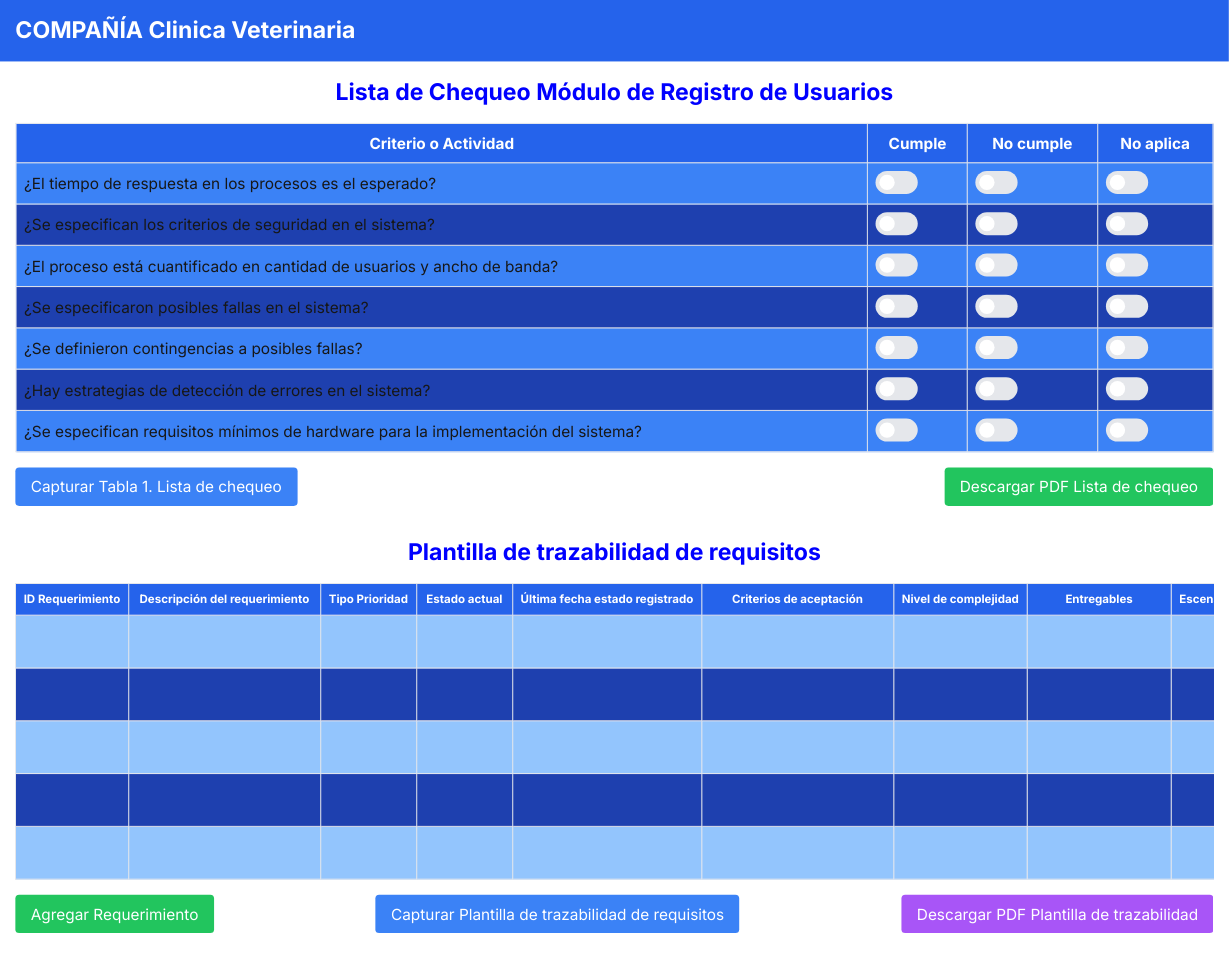
Repository: CiroAlfa/lista-de-Chequeo
Page: /
An editor plug-in stored every save of this project. The page is shown before and after the next save, followed by the edit.
The browser window is 1280 px wide. The pictures show the whole page, at 96% of full size.
The project was rebuilt for these pictures with package versions that can differ from the ones it lists, and the page was loaded fresh each time. The framework's server and built-in components were replaced by stand-ins that run in the browser. Also part of the build but not shown: next.config.mjs.

Above is the page before, as saved 2024-09-27 14:42:46.

### src/app/layout.tsx
import './globals.css'
import type { Metadata } from 'next'
import { Inter } from 'next/font/google'

const inter = Inter({ subsets: ['latin'] })

export const metadata: Metadata = {
  title: 'Checklist App - Clinica Veterinaria',
  description: 'Aplicación de chequeo y trazabilidad de requisitos',
}

export default function RootLayout({
  children,
}: {
  children: React.ReactNode
}) {
  return (
    <html lang="es">
      <body className={inter.className}>
        <header className="bg-blue-600 text-white p-4">
          <h1 className="text-2xl font-bold">COMPAÑÍA Clinica Veterinaria</h1>
        </header>
        {children}
      </body>
    </html>
  )
}

### src/app/page.tsx
'use client'

import { useState, useRef } from 'react'
import { Switch } from '@headlessui/react'
import html2canvas from 'html2canvas'
import jsPDF from 'jspdf'

interface ChecklistItem {
  id: number
  criteria: string
  cumple: boolean
  noCumple: boolean
  noAplica: boolean
}

interface RequirementItem {
  id: string
  description: string
  priority: string
  status: string
  lastUpdated: string
  acceptanceCriteria: string
  complexity: string
  deliverables: string
  testScenarios: string
  stakeholder: string
}

const initialChecklist: ChecklistItem[] = [
  { id: 1, criteria: '¿El tiempo de respuesta en los procesos es el esperado?', cumple: false, noCumple: false, noAplica: false },
  { id: 2, criteria: '¿Se especifican los criterios de seguridad en el sistema?', cumple: false, noCumple: false, noAplica: false },
  { id: 3, criteria: '¿El proceso está cuantificado en cantidad de usuarios y ancho de banda?', cumple: false, noCumple: false, noAplica: false },
  { id: 4, criteria: '¿Se especificaron posibles fallas en el sistema?', cumple: false, noCumple: false, noAplica: false },
  { id: 5, criteria: '¿Se definieron contingencias a posibles fallas?', cumple: false, noCumple: false, noAplica: false },
  { id: 6, criteria: '¿Hay estrategias de detección de errores en el sistema?', cumple: false, noCumple: false, noAplica: false },
  { id: 7, criteria: '¿Se especifican requisitos mínimos de hardware para la implementación del sistema?', cumple: false, noCumple: false, noAplica: false },
]

const initialRequirements: RequirementItem[] = Array(5).fill(null).map((_, index) => ({
  id: ``,
  description: '',
  priority: '',
  status: '',
  lastUpdated: '',
  acceptanceCriteria: '',
  complexity: '',
  deliverables: '',
  testScenarios: '',
  stakeholder: '',
}))

export default function Home() {
  const [checklist, setChecklist] = useState<ChecklistItem[]>(initialChecklist)
  const [requirements, setRequirements] = useState<RequirementItem[]>(initialRequirements)
  const tableRef = useRef<HTMLDivElement>(null)

  const handleChecklistChange = (id: number, field: 'cumple' | 'noCumple' | 'noAplica') => {
    setChecklist(checklist.map(item => {
      if (item.id === id) {
        const newItem = { ...item, [field]: !item[field] }
        if (newItem[field]) {
          newItem.cumple = field === 'cumple'
          newItem.noCumple = field === 'noCumple'
          newItem.noAplica = field === 'noAplica'
        }
        return newItem
      }
      return item
    }))
  }

  const handleRequirementChange = (index: number, field: keyof RequirementItem, value: string) => {
    setRequirements(requirements.map((item, i) =>
      i === index ? { ...item, [field]: value } : item
    ))
  }

  const addRequirement = () => {
    setRequirements([...requirements, {
      id: '',
      description: '',
      priority: '',
      status: '',
      lastUpdated: '',
      acceptanceCriteria: '',
      complexity: '',
      deliverables: '',
      testScenarios: '',
      stakeholder: '',
    }])
  }

  const captureScreenshot = async (elementId: string, fileName: string) => {
    const element = document.getElementById(elementId)
    if (element && tableRef.current) {
      const canvas = await html2canvas(element, {
        scrollX: -window.scrollX,
        scrollY: -window.scrollY,
        width: tableRef.current.scrollWidth,
        height: tableRef.current.scrollHeight,
        windowWidth: tableRef.current.scrollWidth,
        windowHeight: tableRef.current.scrollHeight
      })
      const image = canvas.toDataURL('image/png')
      const link = document.createElement('a')
      link.href = image
      link.download = fileName
      link.click()
    }
  }

  const generatePDF = async (elementId: string, fileName: string) => {
    const element = document.getElementById(elementId)
    if (element) {
      const canvas = await html2canvas(element, {
        scale: 1,
        useCORS: true,
      })
      const imgData = canvas.toDataURL('image/png')
      const pdf = new jsPDF({
        orientation: 'landscape',
        unit: 'px',
        format: [canvas.width, canvas.height]
      })
      pdf.addImage(imgData, 'PNG', 0, 0, canvas.width, canvas.height)
      pdf.save(fileName)
    }
  }

  return (
    <main className="container mx-auto p-4">
      <div className="mb-8" id="checklist-table">
        <h2 className="text-2xl font-bold mb-4 text-center"style={{ color: 'blue' }}>Lista de Chequeo Módulo de Registro de Usuarios</h2>
        <table className="w-full border-collapse">
          <thead>
            <tr className="bg-blue-600 text-white">
              <th className="border p-2">Criterio o Actividad</th>
              <th className="border p-2">Cumple</th>
              <th className="border p-2">No cumple</th>
              <th className="border p-2">No aplica</th>
            </tr>
          </thead>
          <tbody>
            {checklist.map((item, index) => (
              <tr key={item.id} className={index % 2 === 0 ? 'bg-blue-500' : 'bg-blue-800'}>
                <td className="border p-2">{item.criteria}</td>
                <td className="border p-2">
                  <Switch
                    checked={item.cumple}
                    onChange={() => handleChecklistChange(item.id, 'cumple')}
                    className={`${item.cumple ? 'bg-blue-600' : 'bg-gray-200'} relative inline-flex h-6 w-11 items-center rounded-full`}
                  >
                    <span className={`${item.cumple ? 'translate-x-6' : 'translate-x-1'} inline-block h-4 w-4 transform rounded-full bg-white transition`} />
                  </Switch>
                </td>
                <td className="border p-2">
                  <Switch
                    checked={item.noCumple}
                    onChange={() => handleChecklistChange(item.id, 'noCumple')}
                    className={`${item.noCumple ? 'bg-blue-600' : 'bg-gray-200'} relative inline-flex h-6 w-11 items-center rounded-full`}
                  >
                    <span className={`${item.noCumple ? 'translate-x-6' : 'translate-x-1'} inline-block h-4 w-4 transform rounded-full bg-white transition`} />
                  </Switch>
                </td>
                <td className="border p-2">
                  <Switch
                    checked={item.noAplica}
                    onChange={() => handleChecklistChange(item.id, 'noAplica')}
                    className={`${item.noAplica ? 'bg-blue-600' : 'bg-gray-200'} relative inline-flex h-6 w-11 items-center rounded-full`}
                  >
                    <span className={`${item.noAplica ? 'translate-x-6' : 'translate-x-1'} inline-block h-4 w-4 transform rounded-full bg-white transition`} />
                  </Switch>
                </td>
              </tr>
            ))}
          </tbody>
        </table>
        <div className="mt-4 flex justify-between">
          <button
            onClick={() => captureScreenshot('checklist-table', 'lista-de-chequeo.png')}
            className="bg-blue-500 text-white px-4 py-2 rounded hover:bg-blue-600 transition-colors"
          >
            Capturar Tabla 1. Lista de chequeo
          </button>
          <button
            onClick={() => generatePDF('checklist-table', 'lista-de-chequeo.pdf')}
            className="bg-green-500 text-white px-4 py-2 rounded hover:bg-green-600 transition-colors"
          >
            Descargar PDF Lista de chequeo
          </button>
        </div>
      </div>

      <div className="mb-8" id="requirements-table">
        <h2 className="text-2xl font-bold mb-4 text-center" style={{ color: 'blue' }}>Plantilla de trazabilidad de requisitos</h2>
        <div className="overflow-x-auto" ref={tableRef}>
          <table className="w-full border-collapse">
            <thead>
              <tr className="bg-blue-600 text-white">
                <th className="border p-2 whitespace-nowrap text-xs">ID Requerimiento</th>
                <th className="border p-2 whitespace-nowrap text-xs">Descripción del requerimiento</th>
                <th className="border p-2 whitespace-nowrap text-xs">Tipo Prioridad</th>
                <th className="border p-2 whitespace-nowrap text-xs">Estado actual</th>
                <th className="border p-2 whitespace-nowrap text-xs">Última fecha estado registrado</th>
                <th className="border p-2 whitespace-nowrap text-xs">Criterios de aceptación</th>
                <th className="border p-2 whitespace-nowrap text-xs">Nivel de complejidad</th>
                <th className="border p-2 whitespace-nowrap text-xs">Entregables</th>
                <th className="border p-2 whitespace-nowrap text-xs">Escenarios de pruebas</th>
                <th className="border p-2 whitespace-nowrap text-xs">Interesado en el requisito</th>
              </tr>
            </thead>
            <tbody>
              {requirements.map((item, index) => (
                <tr key={index} className={index % 2 === 0 ? 'bg-blue-300' : 'bg-blue-800'}>
                  <td className="border p-2 min-w-[100px]">
                    <input
                      type="text"
                      value={item.id}
                      onChange={(e) => handleRequirementChange(index, 'id', e.target.value)}
                      className="w-full bg-transparent text-xs"
                    />
                  </td>
                  <td className="border p-2 min-w-[200px]">
                    <textarea
                      value={item.description}
                      onChange={(e) => handleRequirementChange(index, 'description', e.target.value)}
                      className="w-full bg-transparent text-xs resize-none overflow-hidden"
                      rows={2}
                      onInput={(e) => {
                        e.currentTarget.style.height = 'auto'
                        e.currentTarget.style.height = e.currentTarget.scrollHeight + 'px'
                      }}
                    />
                  </td>
                  <td className="border p-2 min-w-[100px]">
                    <input
                      type="text"
                      value={item.priority}
                      onChange={(e) => handleRequirementChange(index, 'priority', e.target.value)}
                      className="w-full bg-transparent text-xs"
                    />
                  </td>
                  <td className="border p-2 min-w-[100px]">
                    <input
                      type="text"
                      value={item.status}
                      onChange={(e) => handleRequirementChange(index, 'status', e.target.value)}
                      className="w-full bg-transparent text-xs"
                    />
                  </td>
                  <td className="border p-2 min-w-[120px]">
                    <input
                      type="text"
                      value={item.lastUpdated}
                      onChange={(e) => handleRequirementChange(index, 'lastUpdated', e.target.value)}
                      className="w-full bg-transparent text-xs"
                    />
                  </td>
                  <td className="border p-2 min-w-[200px]">
                    <textarea
                      value={item.acceptanceCriteria}
                      onChange={(e) => handleRequirementChange(index, 'acceptanceCriteria', e.target.value)}
                      className="w-full bg-transparent text-xs resize-none overflow-hidden"
                      rows={2}
                      onInput={(e) => {
                        e.currentTarget.style.height = 'auto'
                        e.currentTarget.style.height = e.currentTarget.scrollHeight + 'px'
                      }}
                    />
                  </td>
                  <td className="border p-2 min-w-[100px]">
                    <input
                      type="text"
                      value={item.complexity}
                      onChange={(e) => handleRequirementChange(index, 'complexity', e.target.value)}
                      className="w-full bg-transparent text-xs"
                    />
                  </td>
                  <td className="border p-2 min-w-[150px]">
                    <textarea
                      value={item.deliverables}
                      onChange={(e) => handleRequirementChange(index, 'deliverables', e.target.value)}
                      className="w-full bg-transparent text-xs resize-none overflow-hidden"
                      rows={2}
                      onInput={(e) => {
                        e.currentTarget.style.height = 'auto'
                        e.currentTarget.style.height = e.currentTarget.scrollHeight + 'px'
                      }}
                    />
                  </td>
                  <td className="border p-2 min-w-[150px]">
                    <textarea
                      value={item.testScenarios}
                      onChange={(e) => handleRequirementChange(index, 'testScenarios', e.target.value)}
                      className="w-full bg-transparent text-xs resize-none overflow-hidden"
                      rows={2}
                      onInput={(e) => {
                        e.currentTarget.style.height = 'auto'
                        e.currentTarget.style.height = e.currentTarget.scrollHeight + 'px'
                      }}
                    />
                  </td>
                  <td className="border p-2 min-w-[100px]">
                    <input
                      type="text"
                      value={item.stakeholder}
                      onChange={(e) => handleRequirementChange(index, 'stakeholder', e.target.value)}
                      className="w-full bg-transparent text-xs"
                    />
                  </td>
                </tr>
              ))}
            </tbody>
          </table>
        </div>
        <div className="mt-4 flex justify-between">
          <button
            onClick={addRequirement}
            className="bg-green-500 text-white px-4 py-2 rounded hover:bg-green-600 transition-colors"
          >
            Agregar Requerimiento
          </button>
          <button
            onClick={() => captureScreenshot('requirements-table', 'plantilla-trazabilidad-requisitos.png')}
            className="bg-blue-500 text-white px-4 py-2 rounded hover:bg-blue-600 transition-colors"
          >
            Capturar Plantilla de trazabilidad de requisitos
          </button>
          <button
            onClick={() => generatePDF('requirements-table', 'plantilla-trazabilidad-requisitos.pdf')}
            className="bg-purple-500 text-white px-4 py-2 rounded hover:bg-purple-600 transition-colors"
          >
            Descargar PDF Plantilla de trazabilidad
          </button>
        </div>
      </div>
    </main>
  )
}

Loaded but not shown: src/app/globals.css (common file); tailwind.config.ts (common file)

After the next save:
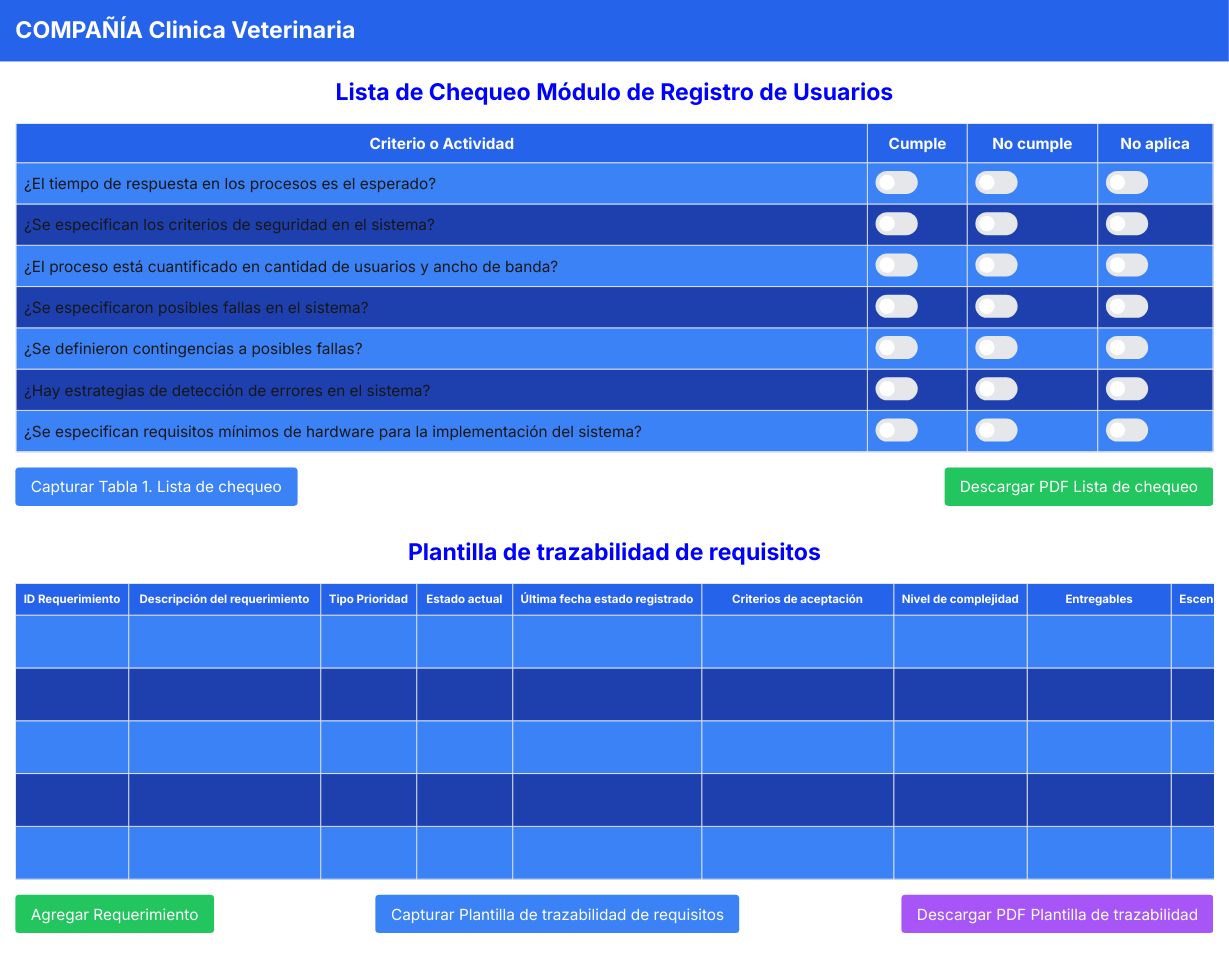
Saved 8 s later.
--- a/src/app/page.tsx
+++ b/src/app/page.tsx
@@ -211,7 +211,7 @@ export default function Home() {
             </thead>
             <tbody>
               {requirements.map((item, index) => (
-                <tr key={index} className={index % 2 === 0 ? 'bg-blue-300' : 'bg-blue-800'}>
+                <tr key={index} className={index % 2 === 0 ? 'bg-blue-500' : 'bg-blue-800'}>
                   <td className="border p-2 min-w-[100px]">
                     <input
                       type="text"
